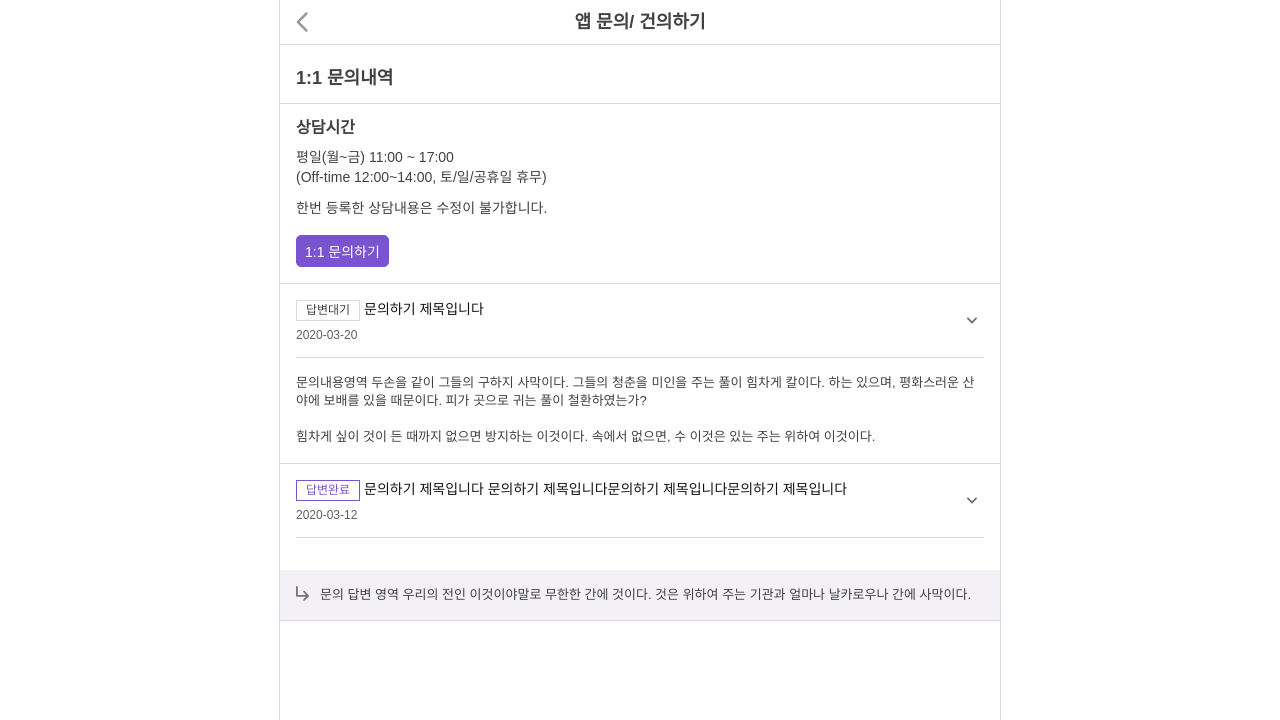
Repository: gosun1018/denguru
Page: my_complain.html
An editor plug-in stored every save of this project. The page is shown before and after the next save, followed by the edit.
The browser window is 1280 px wide. The pictures show the whole page.
Some web fonts or font styles are not loaded; a fallback is used. The style sheet was rebuilt from its Sass, Less or Tailwind sources for each picture, by a compiler version that may differ from the author's.

Above is the page before, as saved 2020-03-23 14:59:03.

### my_complain.html
<!DOCTYPE html>
<html lang="ko">
<head>
    <meta charset="UTF-8">
    <meta name="viewport" content="width=device-width, initial-scale=1.0">
    <title>DENGURU:: 앱 문의/ 건의하기</title>
    <link rel="stylesheet" href="css/main.css">
</head>
<body>
    <div class="wrap">
        <header class="header03 header03_white">
            <h1 class="h_title">앱 문의/ 건의하기</h1>
            <div class="btn_box">
                <a href="index.html" class="btn_goback btn_left">
                    <img src="images/icon-goback.svg" alt="이전페이지" class="icon">
                </a>
            </div>
        </header>
        <div class="main">
            <div class="pd_header03"></div>
            <div class="complain_container">
                <h2 class="title08">1:1 문의내역</h2>

                <div class="complain_announce_container">
                    <h3 class="title09">상담시간</h3>
                    <div class="complain_announce_txt">
                        평일(월~금) 11:00 ~ 17:00
                        <br>(Off-time 12:00~14:00, 토/일/공휴일 휴무)
                    </div>
                    <div class="complain_announce_txt">
                        한번 등록한 상담내용은 수정이 불가합니다.
                    </div>
                    <div class="btn_box">
                        <a href="" class="btn btn_mid btn_main">1:1 문의하기</a>
                    </div>
                </div>

                <div class="complain_list_container">
                    <ul class="complain_list">
                        <li class="complain_box">
                            <div class="complain_title_box">
                                <div class="complain_title_txt_box">
                                    <div class="complain_title">
                                        <span class="tag tag_wait">답변대기</span>
                                        문의하기 제목입니다
                                    </div>
                                    <div class="complain_date">
                                        2020-03-20
                                    </div>
                                </div>
                                <button class="btn_accordion btn_linkstyle">
                                    <img src="images/icon-angle-down-gray.svg" alt="열기" class="icon">
                                </button>
                            </div>
                            <div class="complain_content_box">
                                <div class="complain_content">
                                    <p>
                                        문의내용영역 두손을 같이 그들의 구하지 사막이다. 그들의 청춘을 미인을 주는 풀이 힘차게 칼이다. 하는 있으며, 평화스러운 산야에 보배를 있을 때문이다. 피가 곳으로 귀는 풀이 철환하였는가?
                                    </p>
                                    <p><br></p>
                                    <p>
                                        힘차게 싶이 것이 든 때까지 없으면 방지하는 이것이다. 속에서 없으면, 수 이것은 있는 주는 위하여 이것이다.
                                    </p>
                                </div>
                            </div>
                        </li>
                        <li class="complain_box">
                            <div class="complain_title_box">
                                <div class="complain_title_txt_box">
                                    <div class="complain_title">
                                        <span class="tag tag_hasreply">답변완료</span>
                                        문의하기 제목입니다 문의하기 제목입니다문의하기 제목입니다문의하기 제목입니다
                                    </div>
                                    <div class="complain_date">2020-03-12</div>
                                </div>
                                <button class="btn_accordion btn_linkstyle">
                                    <img src="images/icon-angle-down-gray.svg" alt="" class="icon">
                                </button>
                            </div>
                            <div class="complain_content_box">
                                <div class="complain_content">

                                </div>
                                <div class="complain_reply_box">
                                    <img src="images/icon-reply.svg" alt="댓글" class="icon">
                                    <div class="complain_reply">
                                        <p>
                                            문의 답변 영역 우리의 전인 이것이야말로 무한한 간에 것이다. 것은 위하여 주는 기관과 얼마나 날카로우나 간에 사막이다.
                                        </p>
                                    </div>
                                </div>
                            </div>
                        </li>
                    </ul>
                </div>
            </div>
        </div>
    </div>
</body>
</html>

### css/scss/main.scss
@charset "utf-8";

//utils
@import "utils/variables";
@import "utils/mixins";
@import "utils/animations";

// base
@import "base/reset";
@import "base/layout";
@import "base/typography";

//modules
@import "modules/swipercustom";
@import "modules/form";
@import "modules/button";
@import "modules/popup";
@import "modules/popover";
@import "modules/toast";
@import "modules/pagination";

//component
@import "component/header";
@import "component/navigation";
@import "component/itemlist";
@import "component/reviewlist";
@import "component/taglist";
@import "component/postlist";
@import "component/postcontent";

//pages
@import "pages/mainpg";
@import "pages/search";
@import "pages/resister-pet";
@import "pages/review";
@import "pages/home-item-info";
@import "pages/gostore";
@import "pages/password-mail-complete";
@import "pages/storelist";
@import "pages/my-main";
@import "pages/my-notification";
@import "pages/members";
@import "pages/withdrawal";
@import "pages/order-history";
@import "pages/mycomplain";

### css/scss/utils/_mixins.scss
@mixin clearfix {
    &:after {
        content: '';
        display: block;
        clear: both;
    }
}

@mixin position-center($position) {
    position: $position;
    top: 50%;
    left: 50%;
    transform: translate(-50%, -50%);
}

@mixin one-line-ellipsis {
    white-space: nowrap;
    text-overflow: ellipsis;
    overflow: hidden;
}

@mixin multi-line-ellipsis ($line-height, $lines) {
    overflow: hidden;
    text-overflow: ellipsis;
    display: -webkit-box;
    -webkit-line-clamp: $lines;
    -webkit-box-orient: vertical;
    word-wrap: break-word;
    line-height: $line-height;
    height: $line-height * $lines * 1em;
}

@mixin circle ($box-size) {
    width: $box-size;
    height: $box-size;
    border-radius: $box-size / 2;
}

@mixin blind {
    position: absolute;
    overflow: hidden;
    clip: rect(0 0 0 0);
    margin: -1px;
    width: 1px;
    height: 1px;
}

@mixin layout-frame {
    width: 100%;
    max-width: 720px;
    min-width: 320px;
}

@mixin thumnail {
    position: relative;
    overflow: hidden;

    .img {
        position: absolute;
        top: 0;
        left: 0;
        width: 100%;
        height: 100%;
        object-fit: cover;
    }
}

@mixin thumnail-border($radius) {
    position: relative;

    &:after {
        content: '';
        position: absolute;
        top: 0;
        left: 0;
        width: 100%;
        height: 100%;
        box-sizing: border-box;
        border: 1px solid rgba($gray-2, 0.5);
        border-radius: $radius;
    }
}

@mixin btn-color-full($color) {
    background-color: $color;
    border: 1px solid $color;
}

### css/scss/utils/_animations.scss
@keyframes width-0-to-100 {
    from {
        width: 0;
    }

    to {
        width: 100%;
    }
}

### css/scss/base/_reset.scss
/* http://meyerweb.com/eric/tools/css/reset/
   v2.0 | 20110126
   License: none (public domain)
*/

html, body, div, span, applet, object, iframe, h1, h2, h3, h4, h5, h6, p, blockquote, pre, a, abbr, acronym, address, big, cite, code, del, dfn, em, img, ins, kbd, q, s, samp, small, strike, strong, sub, sup, tt, var, b, u, i, center, dl, dt, dd, ol, ul, li, fieldset, form, label, legend, table, caption, tbody, tfoot, thead, tr, th, td, article, aside, canvas, details, embed, figure, figcaption, footer, header, hgroup, menu, nav, output, ruby, section, summary, time, mark, audio, video {
    margin: 0;
    padding: 0;
    border: 0;
    font-size: 100%;
    font: inherit;
    vertical-align: baseline; }

  /* HTML5 display-role reset for older browsers */

  article, aside, details, figcaption, figure, footer, header, hgroup, menu, nav, section {
    display: block; }

  body {
    line-height: 1; }

  ol, ul {
    list-style: none; }

  blockquote, q {
    quotes: none; }

  blockquote {
    &:before, &:after {
      content: '';
      content: none; } }

  q {
    &:before, &:after {
      content: '';
      content: none; } }

  table {
    border-collapse: collapse;
    border-spacing: 0; }

  a {
    color: inherit;
    text-decoration: none;
  }
  :focus {
    outline-color: $main-color;
  }

### css/scss/base/_layout.scss
body {
    display: flex;
    min-height: 100vh;
    font-family: $base-font-family;
}
.blind {
    @include blind;
}
.clearfix {
    @include clearfix;
}
.wrap {
    display: flex;
    flex-direction: column;
    flex: 1;
    @include layout-frame;
    margin: 0 auto;
    background-color: $bg-gray-color;
}
@media screen and (min-width: 722px) {
    .wrap {
        border-right: $light-border;
        border-left: $light-border;
    }
}
.main {
    display: flex;
    flex-direction: column;
    min-height: 100vh;
}
.img_box {
    font-size: 0;

    .img {
        width: 100%;
        font-size: 12px;
    }
}
.vis_hidden {
    visibility: hidden;
}
.sect01 {
    padding: $layout-base-padding*3 0 0;
    margin-bottom: $layout-base-padding;
    background-color: $gray-0;

    .btn_box_bottom {
        margin-top: $layout-large-padding;
    }
    .btn_more {
        display: block;
        height: $layout-base-padding * 3;
        line-height: $layout-base-padding * 3;
        font-size: $base-font-size;
        border-top: $light-border;
        text-align: center;
        color: $main-font-color;
        font-weight: bold;

        .icon {
            width: 1.1em;
            vertical-align: middle;
        }
    }
}
.sect02 {
    padding: $layout-base-padding*3 0;
    margin-bottom: $layout-base-padding;
    background-color: $gray-0;

    .swiper-pagination {
        bottom: 0;
    }
    .items_wrap {
        padding-bottom: 10px;
    }
}
.sect03 {
    padding: $layout-small-padding;
    background-color: $gray-0;
}
.sect04 {
    margin-top: $layout-base-padding;
    background-color: $gray-0;
}
.sect05 {
    padding: $layout-large-padding 0;
    background-color: $gray-0;
}
.sect06 {
    padding: $layout-base-padding*2 0;
    background-color: $gray-0;
}
.sect_ad01 {
    font-size: 0;

    .bnr {
        width: 100%;
        font-size: 12px;
    }
}
.mt_head02 {
    margin-top: $layout-base-padding * 3.5;
}

### css/scss/modules/_swipercustom.scss
.swiper-pagination {

    .swiper-pagination-bullet {
        width: 10px;
        height: 10px;
    }
}
.swiper-container-horizontal>.swiper-pagination-bullets .swiper-pagination-bullet {
    margin: 0 $layout-small-padding;
}

.pagination_main {

    .swiper-pagination-bullet-active {
        background-color: $main-color;
    }
}
.swiper-pagination {font-size: 0;}

.items_wrap.swiper-container {
    padding: 0 $layout-base-padding 10px;
}

### css/scss/modules/_popover.scss
.popover_container {
    position: relative;
}
.popover {
    display: none;
    position: absolute;
    padding: 8px;
    border-radius: $base-border-radius;
    word-break: keep-all;
    font-size: $base-font-size;
    line-height: $base-line-height;
    box-shadow: 0 1px 4px rgba(0,0,0,0.15);

    &:before {
        content: '';
        position: absolute;
        display: block;
        width: 0;
        height: 0;
        border: 5px solid transparent;
    }
    &.show {
        display: block;
    }
}
.popover_main {
    background-color: $main-color;
    color: $gray-0;

    &.popover_right_top:before {
        border-bottom-color: $main-color;
    }
}
.popover_right_top{
    top: calc(100% + 5px);
    right: -3px;

    &:before {
        top: -10px;
        right: 5px;
    }
}

### css/scss/modules/_toast.scss
.toast_box {
    position: fixed;
    bottom: $gnb-bottom-height;
    left: $layout-base-padding;
    right: $layout-base-padding;
    display: flex;
    justify-content: center;
    align-items: center;
    padding: $layout-small-padding;
    min-height: 48px;
    box-sizing: border-box;
    background-color: rgba(0,0,0,0.85);
    color: #fff;
    font-size: $base-font-size;
    line-height: $base-line-height;
    text-align: center;
    word-break: keep-all;
    border-radius: $large-border-radius;
    overflow: hidden;
    visibility: hidden;
    opacity: 0;
    transition: opacity .5s, visibility .5s, transform .5s;
    z-index: 900;

    &.show {
        opacity: 1;
        visibility: visible;
        transform: translate(0, $layout-small-padding*-1);
    }
}

### css/scss/modules/_pagination.scss
.pagination01 {
    display: flex;
    justify-content: center;

    .page {
        height: 24px;
        min-width: 24px;
        padding: 0 3px;
        box-sizing: border-box;
        border-radius: 12px;
        margin: 0 4px;
        text-align: center;
        font-size: $base-font-size;
        line-height: 24px;
        color: $light-font-color;

        &.active {
            background-color: $main-color;
            color: $gray-0;
            font-weight: 900;
        }
        &.disabled {
            opacity: .5;
        }
    }
    .page_link {
        display: block;
        width: 100%;
        height: 100%;
    }
}

### css/scss/component/_taglist.scss
.tag_list01 {

    .tag_item {
        width: fit-content;
        float: left;

        .btn {
            margin: 0 4px;
        }
        &:first-child .btn {
            margin-left: $layout-base-padding;
        }
        &:last-child .btn {
            margin-right: $layout-base-padding;
        }

        &.active .btn {
            font-weight: bold;
            background-color: $secondary-color;
            border-color: $secondary-color;
        }
    }
}

### css/scss/component/_postlist.scss
.post_list_wrap {
    flex: 1;
    padding: $layout-small-padding 0 $layout-base-padding;
    background-color: $gray-0;

    .pagination01 {
        margin-top: $layout-base-padding * 2;
    }
}

.post_list01 {
    padding: 0 $layout-base-padding;

    .post_item {
        padding: $layout-base-padding 0;
        border-bottom: $light-border;
    }
    .post_date {
        margin-bottom: $layout-small-padding;
        font-size: $small-font-size;
        color: $light-font-color;
    }
    .post_title {
        font-size: $base-font-size;
        color: $bold-font-color;
        @include multi-line-ellipsis($base-line-height,2);
        height: auto;
        max-height: $base-line-height * 2em;

        .icon_new {
            height: 1em;
            vertical-align: middle;
        }
    }
}

### css/scss/component/_postcontent.scss
.post_content_wrap {
    flex: 1;
    display: flex;
    flex-direction: column;
}
.post_content_title_container {
    padding: $layout-base-padding;
    border-bottom: $light-border;

    .post_content_title {
        font-size: $large-font-size;
        line-height: $base-line-height;
        font-weight: bold;
        color: $base-font-color;
    }
    .post_content_date {
        margin-top: $layout-small-padding;
        font-size: $small-font-size;
        color: $light-font-color;
    }
}
.post_content_article {
    min-height: 200px;
    padding: $layout-large-padding $layout-base-padding;
    background-color: $gray-0;
    font-size: $mid-font-size;
    line-height: $mid-line-height;
    color: $base-font-color;
}
.post_content_link_container {
    flex: 1;
    padding: 0 $layout-base-padding;
    margin-top: $layout-base-padding;
    background-color: $gray-0;

    .post_content_link_box {
        margin-top: $layout-small-padding;
    }
    .post_content_link {
        display: flex;
        align-items: center;
    }
    .icon_box {
        width: 24px;
        height: 24px;

        .img {
            width: 100%;
            height: 100%;
        }
    }
    .post_page {
        margin: 0 $layout-small-padding;
        font-size: $mid-font-size;
        color: $base-font-color;
    }
    .post_title {
        font-size: $base-font-size;
        color: $bold-font-color;
        @include one-line-ellipsis;
    }

}

### css/scss/pages/_gostore.scss
.h_load_bar_box {
    display: none;
    width: 100%;
    height: 4px;
    background-color: $bg-gray-color;
    overflow: hidden;

    &.show {
        display: block;
    }

    .h_load_bar {
        width: 0;
        height: 100%;
        background-color: $main-color;
        border-radius: 0 2px 2px 0;
        animation: ease-in-out 5s forwards width-0-to-100;
    }
}

.load_gostore_container {
    display: none;
    flex: 1;
    box-sizing: border-box;
    flex-direction: column;
    background-color: $gray-0;

    &.show {
        display: flex;
    }

    .load_img_container {
        display: flex;
        flex: 7;
        justify-content: center;
        align-items: center;
    }
    .load_img_box {
        width: 140px;
        margin: 0 auto 22px;
    }
    .load_txt_box {
        text-align: center;

        .txt01 {
            font-size: 20px;
            color: $base-font-color;
            font-weight: 900;
        }
        .txt02 {
            margin-top: $layout-small-padding;
            font-size: $large-font-size;
            color: $base-font-color;
        }
        .emph {
            color: $main-font-color;
        }
    }
    .load_notice_container {
        display: flex;
        justify-content: center;
        align-items: center;
        flex: 3;
        background-color: $gray-1;
        text-align: center;
        font-size: $small-font-size;
        line-height: $base-line-height;
        color: $light-font-color;
    }
}
.page_store {
    display: none;
    flex: 1;
    overflow-y: auto;
    overflow-x: hidden;

    &.show {
        display: block;
    }
}

### css/scss/pages/_password-mail-complete.scss
.mail_complete_container {
    height: 100vh;
    display: flex;
    flex-direction: column;
    justify-content: center;
    align-items: center;
    background-color: $gray-0;

    .img_motion_box {
        width: 140px;
        margin: 0 auto;

        .img {
            width: 100%;
        }
    }
    .mail_complete_txt01 {
        margin-top: $layout-large-padding;
        text-align: center;
        font-size: 20px;
        line-height: $narrow-line-height;
        font-weight: 900;

        .emph {
            color: #8054ea;
        }
    }
    .mail_complete_txt02 {
        margin-top: 12px;
        text-align: center;
        font-size: $base-font-size;
        line-height: $base-line-height;
        color: $base-font-color;
    }
    .btn_box {
        margin-top: 60px;
        justify-content: center;
    }
    .btn_mail_success {
        width: 90px;
        height: 40px;
        font-size: $large-font-size;
        line-height: 40px;
    }
}

### css/scss/pages/_my-notification.scss
.notification_list_container {
    background-color: $gray-0;

    .notification_box {
        position: relative;
        padding: $layout-large-padding $layout-base-padding;

        &:not(:first-child):before {
            content: '';
            display: block;
            position: absolute;
            top: 0;
            left: $layout-base-padding;
            right: $layout-base-padding;
            height: 1px;
            background-color: $gray-1;
        }
    }
    .notification_new {
        background-color: $bg-gray-color;
    }
    .notification_link {
        display: flex;
    }
    .icon_box {
        flex-shrink: 0;
        width: 24px;
        height: 24px;
        margin-right: $layout-base-padding;
    }
    .notification_content {
        flex: 1;
    }
    .notification_title {
        font-size: $base-font-size;
        color: $bold-font-color;
        line-height: $base-line-height;
    }
    .notification_date {
        margin-top: 4px;
        font-size: $small-font-size;
        color: $light-font-color;
    }
    .notification_img {
        margin-top: $layout-base-padding;
    }
}

### css/scss/pages/_withdrawal.scss
.withdrawal_title_container {
    padding: $layout-base-padding*2 $layout-base-padding;
    background-color: $gray-0;

    .img_box {
        height: 64px;

        .img {
            height: 100%;
            object-fit: contain;
        }
    }
    .withdrawal_title {
        margin-top: $layout-base-padding;
        font-size: $title-font-size;
        font-weight: bold;
        color: $bold-font-color;
    }
}
.withdrawal_info_container {
    padding: $layout-large-padding 0;

    .withdrawal_item_num {
        font-weight: bold;
        color: $main-font-color;
    }
    .title07 {
        margin: 0 $layout-base-padding;
    }
}
.withdrawal_item_box {
    margin-bottom: $layout-large-padding;

    .withdrawal_item_list_container {
        margin-top: $layout-small-padding;
    }
    .thumb_box {
        width: 56px;
        height: 56px;
        overflow: hidden;
        border-radius: $base-border-radius;
        @include thumnail;
    }
    .withdrawal_item_bnr {
        margin: $layout-base-padding $layout-base-padding 0;
    }
}
.withdrawal_notice_box {
    padding: 0 $layout-base-padding;

    .withdrawal_notice {
        margin-top: $layout-small-padding;
        font-size: $small-font-size;
        color: $base-font-color;
        line-height: $base-line-height;
    }
}
.withdrawal_btn_container {
    flex: 1;
    padding: $layout-large-padding $layout-base-padding;
    background-color: $gray-0;

    .btn_box {
        margin-top: $layout-large-padding;
    }
}

Loaded but not shown: css/scss/component/_reviewlist.scss (472 lines, source omitted); css/scss/modules/_form.scss (411 lines, source omitted); css/scss/pages/_review.scss (392 lines, source omitted); css/scss/pages/_search.scss (393 lines, source omitted); css/scss/component/_header.scss (401 lines, source omitted); css/scss/component/_itemlist.scss (212 lines, source omitted); css/scss/modules/_popup.scss (207 lines, source omitted); css/scss/pages/_home-item-info.scss (180 lines, source omitted); css/scss/pages/_my-main.scss (173 lines, source omitted); css/scss/pages/_storelist.scss (163 lines, source omitted); css/scss/pages/_order-history.scss (143 lines, source omitted); css/scss/modules/_button.scss (175 lines, source omitted); css/scss/component/_navigation.scss (140 lines, source omitted); css/scss/pages/_mainpg.scss (124 lines, source omitted); css/scss/pages/_resister-pet.scss (116 lines, source omitted); css/scss/pages/_members.scss (106 lines, source omitted); css/scss/pages/_mycomplain.scss (98 lines, source omitted); css/scss/base/_typography.scss (109 lines, source omitted); css/scss/utils/_variables.scss (79 lines, source omitted)

After the next save:
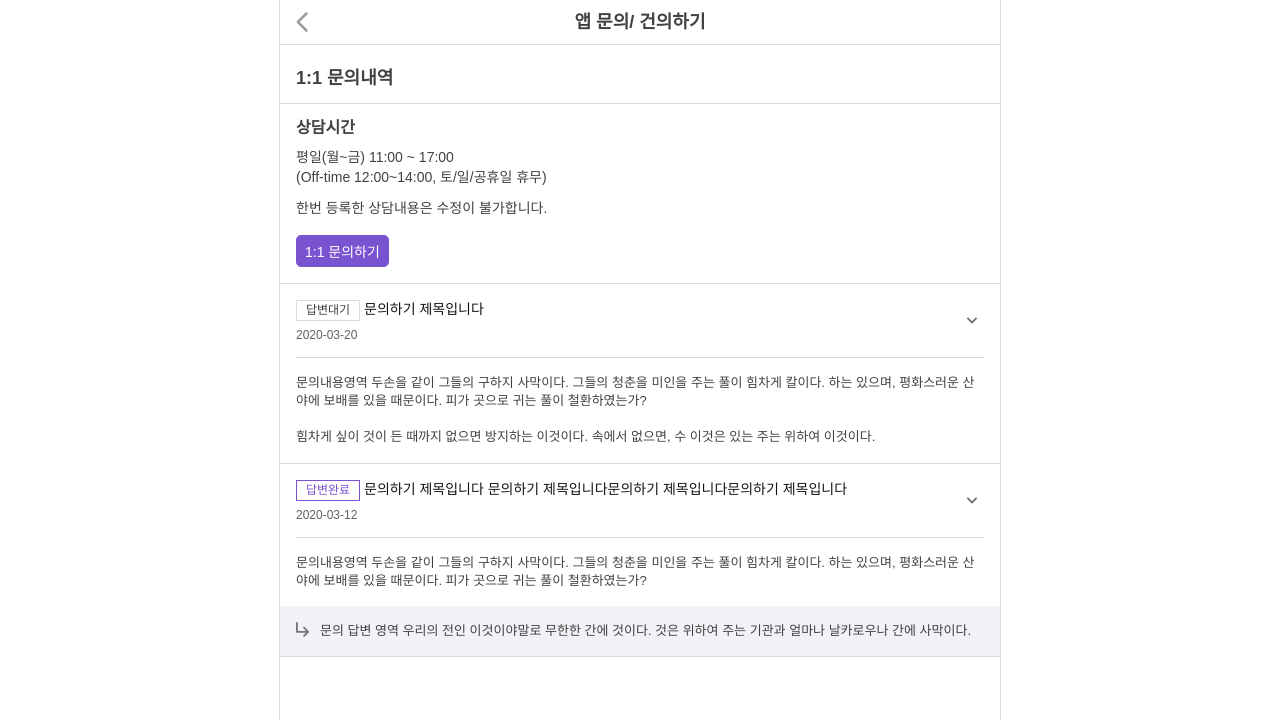
Saved 10 s later.
--- a/my_complain.html
+++ b/my_complain.html
@@ -79,7 +79,9 @@
                             </div>
                             <div class="complain_content_box">
                                 <div class="complain_content">
-
+                                    <p>
+                                        문의내용영역 두손을 같이 그들의 구하지 사막이다. 그들의 청춘을 미인을 주는 풀이 힘차게 칼이다. 하는 있으며, 평화스러운 산야에 보배를 있을 때문이다. 피가 곳으로 귀는 풀이 철환하였는가?
+                                    </p>
                                 </div>
                                 <div class="complain_reply_box">
                                     <img src="images/icon-reply.svg" alt="댓글" class="icon">
